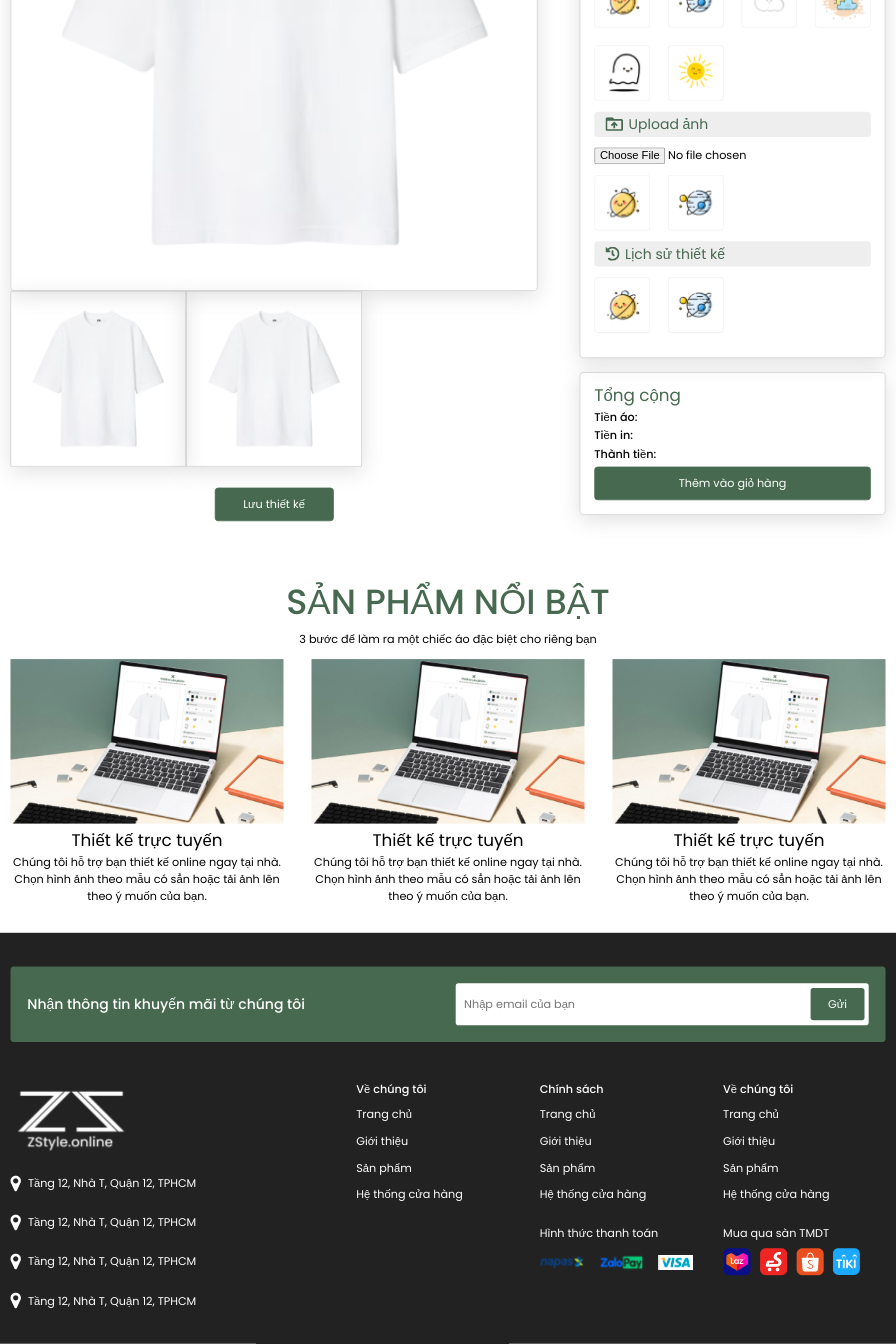
Repository: Toan3333/duanmau
Page: assets/pages/thietke.html
An editor plug-in stored every save of this project. The page is shown before and after the next save, followed by the edit.
The browser window is 1280 px wide. The pictures show the part of the page from y = 741 to 2661 px (the page is 2661 px tall), at 70% of full size.
Some web libraries are served in a nearby version.

Above is the page before, as saved 2023-11-07 21:07:42.
Console error: TypeError: Cannot read properties of null (reading 'addEventListener')

After the next save:
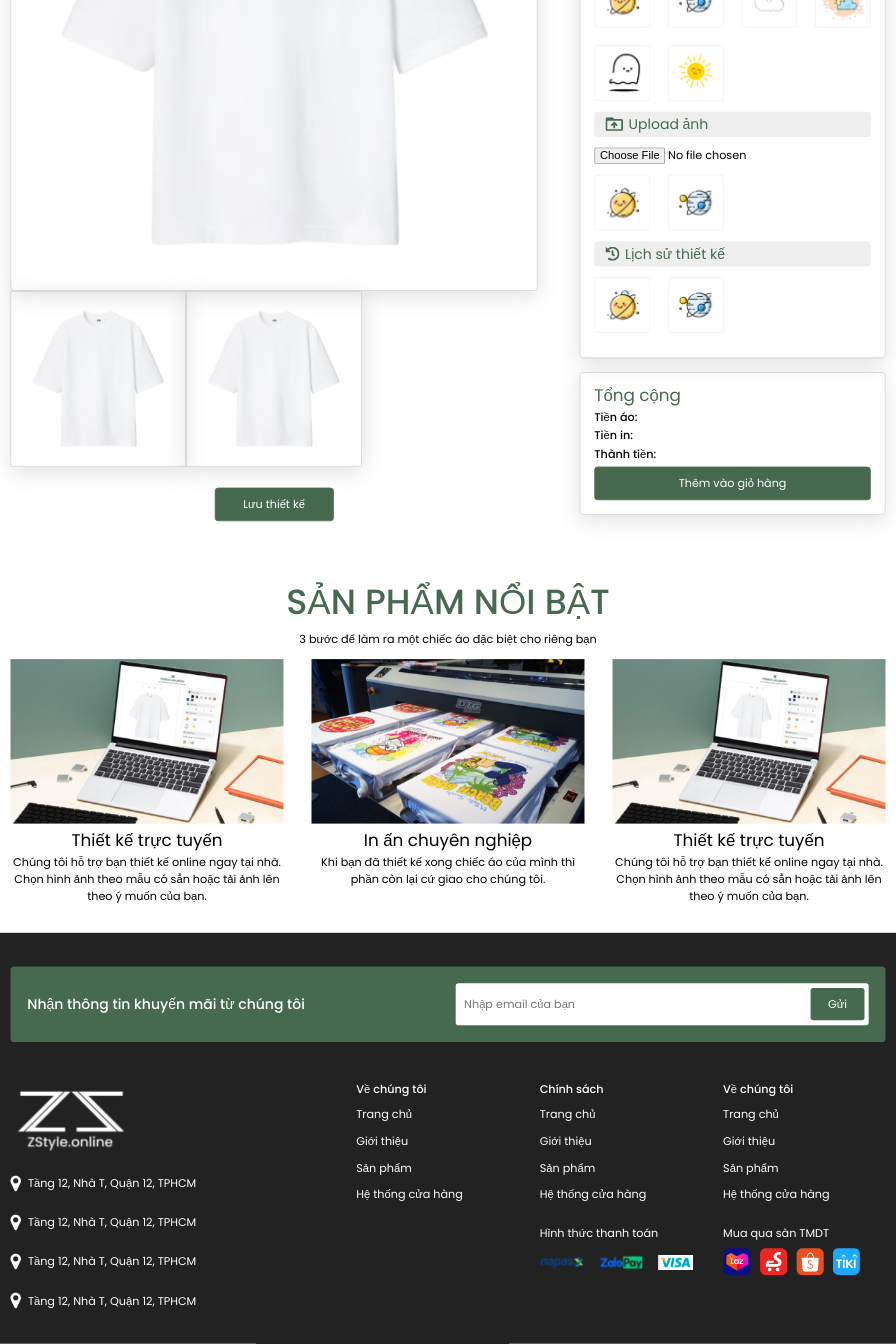
Saved 101 s later.
--- a/assets/pages/thietke.html
+++ b/assets/pages/thietke.html
@@ -301,14 +301,13 @@
             <div class="blog-design-item">
               <div class="blog-design-image">
                 <a href="#">
-                  <img src="../images/blog-design-1.png" alt="" />
+                  <img src="../images/blog-design-2.png" alt="" />
                 </a>
               </div>
               <div class="blog-design-content">
-                <div class="blog-design-title">Thiết kế trực tuyến</div>
+                <div class="blog-design-title">In ấn chuyên nghiệp</div>
                 <p class="blog-design-desc">
-                  Chúng tôi hỗ trợ bạn thiết kế online ngay tại nhà. Chọn hình ảnh theo mẫu có sẳn
-                  hoặc tải ảnh lên theo ý muốn của bạn.
+                  Khi bạn đã thiết kế xong chiếc áo của mình thì phần còn lại cứ giao cho chúng tôi.
                 </p>
               </div>
             </div>
